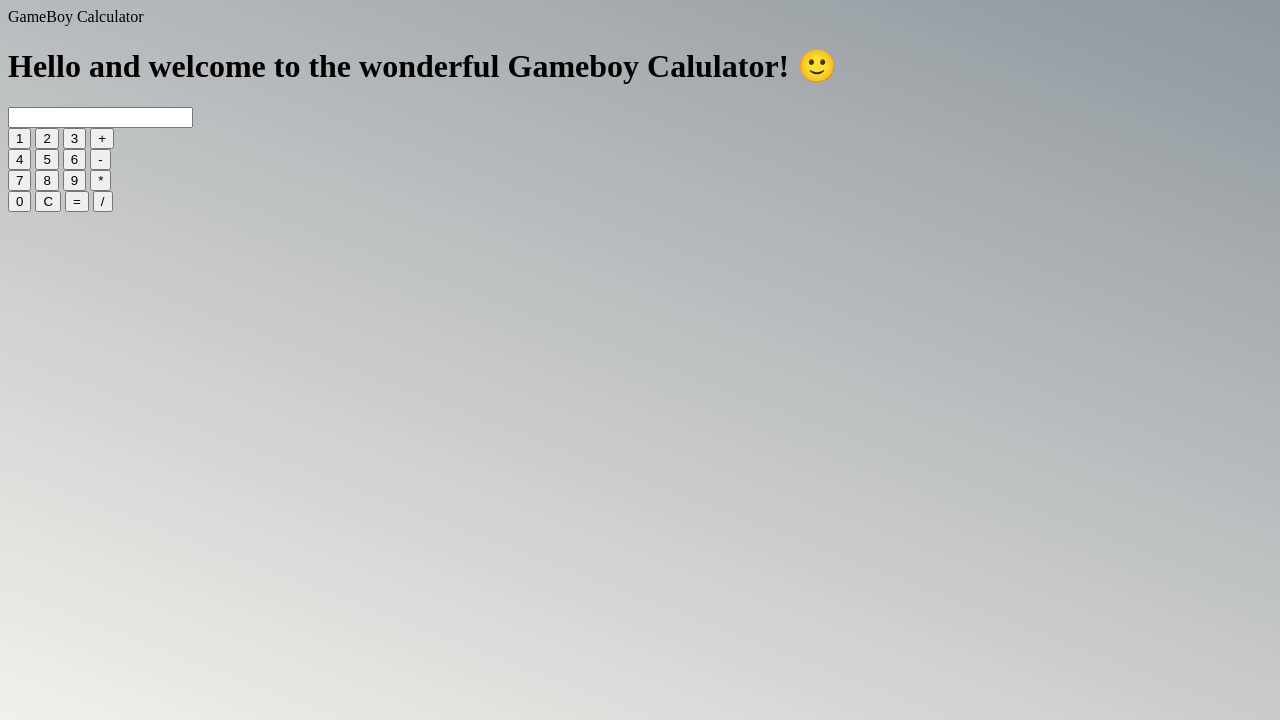
Repository: CrazyPaine/GameBoy-Calculator
Page: index.html
These files come from the project's save history. The page is drawn as it stood at one moment and after the next save; the edit follows.
The browser window is 1280 px wide. The pictures show the whole page.

Above is the page before, as saved 2024-02-01 16:54:34.

After the next save:
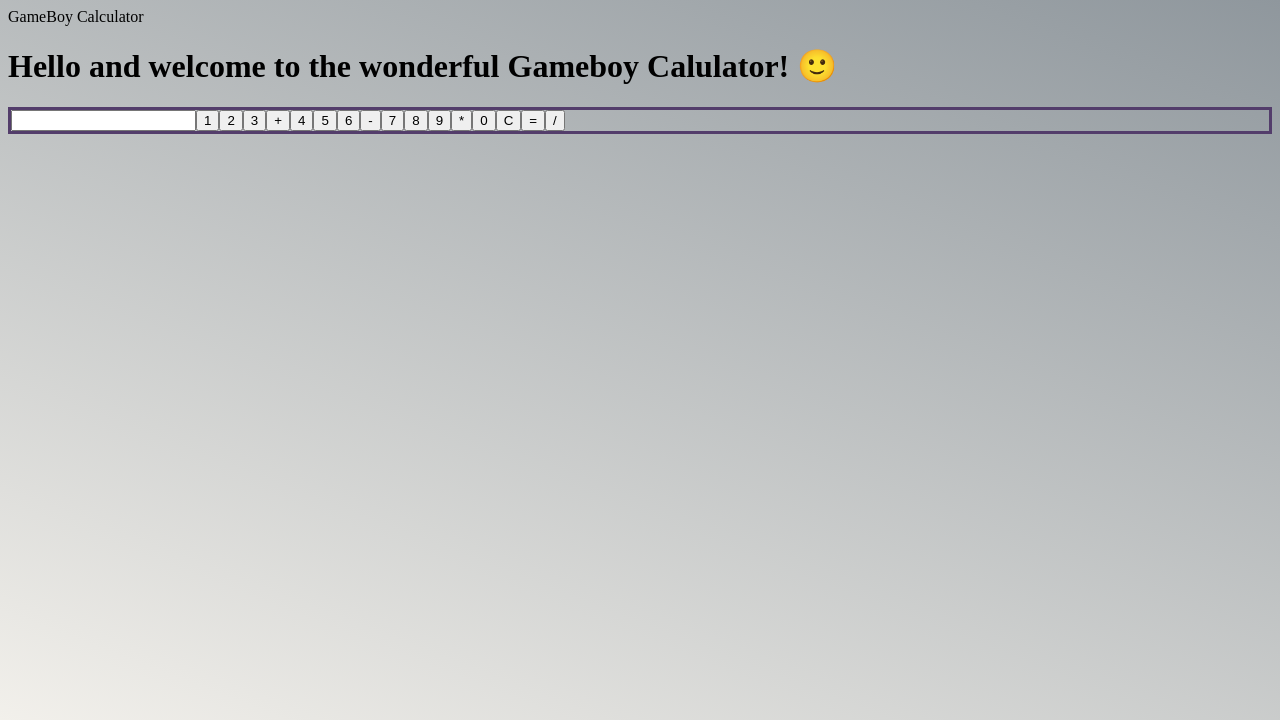
Saved 3 min 30 s later.
--- a/css/styles.css
+++ b/css/styles.css
@@ -28,7 +28,10 @@
 }
 
 .calculator {
-    border-color:#533D6B;
+    display: flex;
+    align-items: center;
+    border: 3px solid #533D6B;
+
 }
 
 img {
